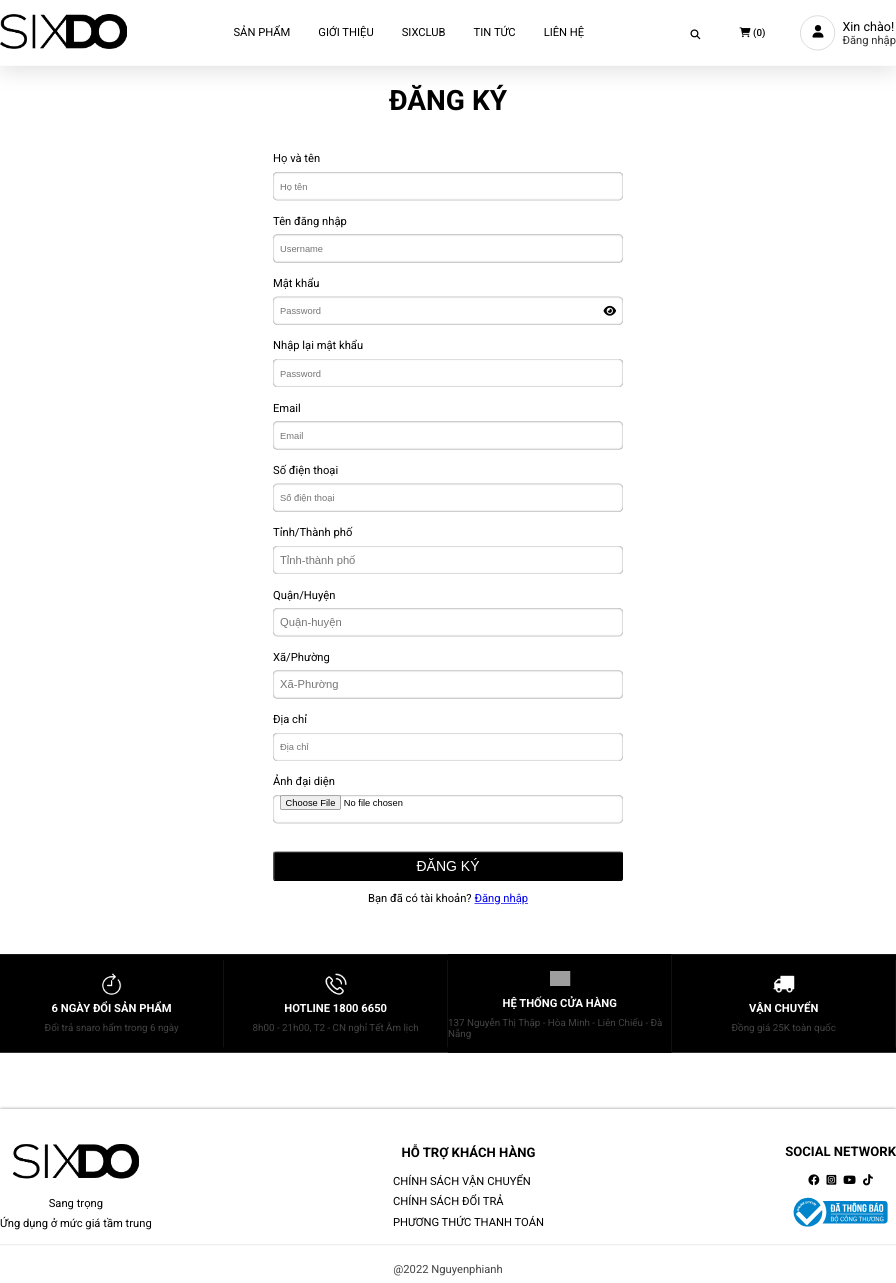
Repository: quandev99/webgiay
Page: http://localhost/site/account/register-xuly.php
The author's editor kept a copy of each file at every save. The page is drawn from the files as they stood at one save, then again after the next save.
The browser window is 1280 px wide. The pictures show the whole page, at 70% of full size.
Pictures or frames that could not be fetched are drawn as grey boxes. Some web libraries are served in a nearby version. The page is run by PHP 8.4 with error messages shown; the project is at /var/www/html/.

Above is the page before, as saved 2022-12-12 14:50:56.

### site/account/register-xuly.php
<?php

require '../../global.php';
require '../../dao/user.php';

extract($_REQUEST);
$VIEW_NAME = "account/register.php";

$ho_ten_error = $ma_kh_error = $mau_khau_error = $mau_khau2_error = $email_error = $sdt_error = $tinh_thanhpho_error = $quan_huyen_error = $xa_phuong_error = $dia_chi_error = $Image_error = "";
if (exist_param("btn_register")) {
    if (empty($_POST['ho_ten'])) {
        $ho_ten_error = "Không được để trống Họ tên";
    } else {
        $ho_ten = $_POST['ho_ten'];
    }
    if (empty($_POST['ma_kh'])) {
        $ma_kh_error = "Không được để trống Tên đăng nhập";
    } else {
        if (User_select_by_id($_POST['ma_kh'])) {
            $ma_kh_error = "Tên đăng nhập " . $ma_kh . " đã đăng kí";
        } else {
            $ma_kh = $_POST['ma_kh'];
        }
    }
    if (empty($_POST['mat_khau'])) {
        $mau_khau_error = "không được để trống Mật khẩu";
    } else {
        if ($_POST['mat_khau'] != $_POST['mat_khau2']) {
            $mau_khau_error = "Mật khẫu không trùng nhau";
            $mau_khau2_error = "Mật khẫu không trùng nhau";
        } else {
            $mat_khau = $_POST['mat_khau'];
        }
    }
    if (empty($_POST['mat_khau2'])) {
        $mau_khau2_error = "không được để trống Mật khẩu";
    } else {
        if ($_POST['mat_khau'] != $_POST['mat_khau2']) {
            $mau_khau_error = "Mật khẫu không trùng nhau";
            $mau_khau2_error = "Mật khẫu không trùng nhau";
        }
    }
    if (empty($_POST['email']) || !isset($_POST['email'])) {
        $email_error = "không được để trống email";
    } else {
        if (!filter_var($email, FILTER_VALIDATE_EMAIL)) {
            $email_error = "Không đúng cấu trúc Email";
        } else {
            $email = $_POST['email'];
        }
    }
    if (empty($_POST['sdt']) || !isset($_POST['sdt'])) {
        $sdt_error = "Không được để trống Số điện thoại";
    } else {
        if (!is_numeric($_POST['sdt'])) {
            $sdt_error = "Số điện thoại phải là số";
        } else {
            if (preg_match('/^[0-9]{10,11}+$/', $_POST['sdt'])) {
                $sdt = $_POST['sdt'];
            } else {
                $sdt_error = "Số điện thoại phải là 10-11 số";
            }
        }
    }
    if (empty($_POST['city']) || !isset($_POST['city'])) {
        $tinh_thanhpho_error = "Không được để trống";
    } else {

        $tinh_thanhpho = $_POST['city'];
    }
    if (empty($_POST['district']) || !isset($_POST['district'])) {
        $quan_huyen_error = "Không được để trống";
    } else {

        $quan_huyen = $_POST['district'];
    }
    if (empty($_POST['ward']) || !isset($_POST['ward'])) {
        $xa_phuong_error = "Không được để trống";
    } else {

        $xa_phuong = $_POST['ward'];
    }
    if (empty($_POST['dia_chi']) || !isset($_POST['dia_chi'])) {
        $dia_chi_error = "Không được để trống";
    } else {

        $dia_chi = $_POST['dia_chi'];
    }
    if (!isset($_FILES['Image']) || $_FILES['Image'] === "") {
        $Image_error = "Ảnh không được để trống";
    }

    if (
        empty($ho_ten_error) && empty($ma_kh_error) && empty($mau_khau_error) && empty($mau_khau2_error) && empty($email_error)
        && empty($sdt_error) && empty($tinh_thanhpho_error) && empty($quan_huyen_error) && empty($xa_phuong_error)
        && empty($dia_chi_error) && empty($Image_error)
    ) {
        $file_name = save_file("Image", "$UPLOAD_URL/users/");
        $Image = $file_name ? $file_name : "";
        try {
            User_insert($ma_kh, $vaitro, $ho_ten, $kich_hoat, $mat_khau, $sdt, $email, $Image, $dia_chi, $tinh_thanhpho, $quan_huyen, $xa_phuong);
            echo "<script>alert('Đăng ký thành viên thành công');</script>";
            $VIEW_NAME = "dangnhap-ui.php";
        } catch (Exception $exc) {
            echo "<script>alert('Đăng ký thành viên thất bại :((');</script>";
        }
    } else {
        global $ma_kh, $vaitro, $ho_ten, $kich_hoat, $mat_khau, $email, $Image, $mat_khau2;
        echo "<script>alert('Đăng ký thành viên thất bại :(( ');</script>";
        $VIEW_NAME = "register.php";
    }
} else {
    global $ma_kh, $vaitro, $ho_ten, $kich_hoat, $mat_khau, $email, $Image, $mat_khau2;
    $VIEW_NAME = "account/register.php";
}
extract($_REQUEST);

require '../layout.php';

### global.php
<?php
session_start();
/*
* Định nghĩa các url cần thiết được sử dụng trong website
*/
$ROOT_URL = "/project1";
$CONTENT_URL = "$ROOT_URL/content";
$ADMIN_URL = "$ROOT_URL/admin";
$SITE_URL = "$ROOT_URL/site";
/*
* Định nghĩa đường dẫn chứa ảnh sử dụng trong upload
*/
$UPLOAD_URL = "../../upload";
/*
* 2 biến toàn cục cần thiết để chia sẻ giữa controller và view
*/
$VIEW_NAME = "index.php";
$MESSAGE = "";

/**
 * Kiểm tra sự tồn tại của một tham số trong request
 * @param string $fieldname là tên tham số cần kiểm tra
 * @return boolean true tồn tại
 */
function exist_param($fieldname)
{
    return array_key_exists($fieldname, $_REQUEST);
}
/**
 * Lưu file upload vào thư mục
 * @param string $fieldname là tên trường file
 * @param string $target_dir thư mục lưu file
 * @return tên file upload
 */
function save_file($fieldname, $target_dir)
{
    $file_uploaded = $_FILES[$fieldname];
    $file_name = basename($file_uploaded['name']);
    $target_path = $target_dir . $file_name;
    move_uploaded_file($file_uploaded['tmp_name'], $target_path);
    return $file_name;
}

/**
 * Tạo cookie
 * @param string $name là tên cookie
 * @param string $value là giá trị cookie
 * @param int $day là số ngày tồn tại cookie
 */
function add_cookie($name, $value, $day)
{
    setcookie($name, $value, time() + (86400 * $day), "/");
}
/**
 * Xóa cookie
 * @param string $name là tên cookie
 */
function delete_cookie($name)
{
    add_cookie(
        $name,
        "",
        -1
    );
}
/**
 * Đọc giá trị cookie
 * @param string $name là tên cookie
 * @return string giá trị của cookie
 */
function get_cookie($name)
{
    return $_COOKIE[$name] ?? '';
}
/**
 * Kiểm tra đăng nhập và vai trò sử dụng.
 * Các php trong admin hoặc php yêu cầu phải được đăng nhập mới được
 * phép sử dụng thì cần thiết phải gọi hàm này trước
 **/
function check_login()
{
    global $SITE_URL;
    if (isset($_SESSION['user'])) {
        if ($_SESSION['user']['vaitro'] == 1) {
            return;
        }
        if (strpos($_SERVER["REQUEST_URI"], '/admin/') == FALSE) {
            return;
        }
    }
    $_SESSION['request_uri'] = $_SERVER["REQUEST_URI"];
    header("location: $SITE_URL/account/dangnhap.php");
}

### DAO/user.php
<?php
require_once 'pdo.php';
function User_insert($ma_kh, $vaitro, $ho_ten, $kich_hoat, $mat_khau, $sdt, $email, $Image, $dia_chi, $tinh_thanhpho, $quan_huyen, $xa_phuong)
{
    $sql = "INSERT INTO User(ma_kh,vaitro,ho_ten,kich_hoat,mat_khau,sdt,email,Image,dia_chi,tinh_thanhpho,quan_huyen,xa_phuong) VALUES(?,?,?,?,?,?,?,?,?,?,?,?)";
    pdo_execute($sql, $ma_kh, $vaitro, $ho_ten, $kich_hoat, $mat_khau, $sdt, $email, $Image, $dia_chi, $tinh_thanhpho, $quan_huyen, $xa_phuong);
}
function User_update($vaitro, $ho_ten, $kich_hoat, $mat_khau, $sdt, $email, $Image, $dia_chi, $tinh_thanhpho, $quan_huyen, $xa_phuong, $ma_kh)
{
    $sql = "UPDATE User SET vaitro=? , ho_ten=?, kich_hoat=?, mat_khau=?, sdt=?, email=?, Image=?, dia_chi=?, tinh_thanhpho=?, quan_huyen=?,xa_phuong=?    WHERE ma_kh=?";
    pdo_execute($sql, $vaitro, $ho_ten, $kich_hoat, $mat_khau, $sdt, $email, $Image, $dia_chi, $tinh_thanhpho, $quan_huyen, $xa_phuong, $ma_kh);
}
function user_delete($ma_kh)
{
    $sql = "DELETE FROM user WHERE ma_kh=?";
    if (is_array($ma_kh)) {
        foreach ($ma_kh as $ma) {
            pdo_execute($sql, $ma);
        }
    } else {
        pdo_execute($sql, $ma_kh);
    }
}
function User_select_all()
{
    $sql = "SELECT * FROM user";
    return pdo_query($sql);
}
function User_select_by_id($ma_kh)
{
    $sql = "SELECT * FROM user WHERE ma_kh=?";
    return pdo_query_one($sql, $ma_kh);
}
function User_exist($ma_kh)
{
    $sql = "SELECT count(*) FROM user WHERE ma_kh=?";
    return pdo_query_value($sql, $ma_kh) > 0;
}

function User_exist_email($email)
{
    $sql = "SELECT count(*) FROM user WHERE email=?";
    return pdo_query_value($sql, $email) > 0;
}

function User_change_password($ma_kh, $mat_khau_moi)
{

    $sql = "UPDATE User SET mat_khau=? WHERE ma_kh=?";
    pdo_execute($sql, $mat_khau_moi, $ma_kh);
}
function name_user_select_by_id($ma_kh)
{
    $sql = "SELECT ho_ten FROM user WHERE ma_kh=?";
    return pdo_query_one($sql, $ma_kh);
}
function user_select_page($order, $limit)
{
    if (!isset($_REQUEST['page'])) {
        $_SESSION['page'] = 1;
    }
    if (!isset($_SESSION['total_page'])) {
        $_SESSION['total_page'] = 1;
    }
    $_SESSION['total_pro'] = pdo_query_value("SELECT count(*) FROM user");
    if (exist_param("page")) {
        $_SESSION['page'] = $_REQUEST['page'];
    }
    $begin = ($_SESSION['page'] - 1) * $limit;
    $_SESSION['total_page'] = ceil($_SESSION['total_pro'] / $limit);
    $sql = "SELECT * FROM user ORDER BY $order DESC LIMIT $begin,$limit";
    return pdo_query($sql);
}

### DAO/pdo.php
<?php

function pdo_get_connection()
{
    $dburl = "mysql:host=localhost;dbname=duan_1;charset=utf8";
    $username = 'root';
    $password = '';

    $conn = new PDO($dburl, $username, $password);
    $conn->setAttribute(PDO::ATTR_ERRMODE, PDO::ERRMODE_EXCEPTION);
    return $conn;
}

/// Thêm sửa xóa
// $sql-> là tham số kết nối
// sql,....,id
// "INSERT into loai(ten_loai) values(?)","Quan jean"
// "Update loai set ten_loai=? where ma_loai=?","Quan jean","1"
//
function pdo_execute($sql)
{
    $sql_args = array_slice(func_get_args(), 1);
    try {
        $conn = pdo_get_connection();
        $stmt = $conn->prepare($sql);
        $stmt->execute($sql_args);
    } catch (PDOException $e) {
        throw $e;
    } finally {
        unset($conn);
    }
}
// ===================Truy vấn nhiều dữ liệu=======================//
function pdo_query($sql)
{
    $sql_args = array_slice(func_get_args(), 1);
    try {
        $conn = pdo_get_connection();
        $stmt = $conn->prepare($sql);
        $stmt->execute($sql_args);
        $rows = $stmt->fetchAll();
        return $rows;
    } catch (PDOException $e) {
        throw $e;
    } finally {
        unset($conn);
    }
}
// ===================Truy vấn một dữ liệu=======================//

function pdo_query_one($sql)
{
    $sql_args = array_slice(func_get_args(), 1);
    try {
        $conn = pdo_get_connection();
        $stmt = $conn->prepare($sql);
        $stmt->execute($sql_args);
        $row = $stmt->fetch(PDO::FETCH_ASSOC);
        return $row;
    } catch (PDOException $e) {
        throw $e;
    } finally {
        unset($conn);
    }
}

function pdo_query_value($sql)
{
    $sql_args = array_slice(func_get_args(), 1);
    try {
        $conn = pdo_get_connection();
        $stmt = $conn->prepare($sql);
        $stmt->execute($sql_args);
        $row = $stmt->fetch(PDO::FETCH_ASSOC);
        return array_values($row)[0];
    } catch (PDOException $e) {
        throw $e;
    } finally {
        unset($conn);
    }
}

### site/layout.php
<!DOCTYPE html>
<html lang="en">

<head>
    <meta charset="UTF-8" />
    <meta http-equiv="X-UA-Compatible" content="IE=edge" />
    <meta name="viewport" content="width=device-width, initial-scale=1.0" />
    <link rel="stylesheet" href="https://cdnjs.cloudflare.com/ajax/libs/font-awesome/6.2.0/css/all.min.css"
        integrity="sha512-xh6O/CkQoPOWDdYTDqeRdPCVd1SpvCA9XXcUnZS2FmJNp1coAFzvtCN9BmamE+4aHK8yyUHUSCcJHgXloTyT2A=="
        crossorigin="anonymous" referrerpolicy="no-referrer" />
    <link rel="preconnect" href="https://fonts.googleapis.com" />
    <link rel="preconnect" href="https://fonts.gstatic.com" crossorigin />
    <link href="https://fonts.googleapis.com/css2?family=Roboto:wght@300;400;500;700&display=swap" rel="stylesheet" />
    <link rel="stylesheet" href="https://cdn.jsdelivr.net/npm/swiper/swiper-bundle.min.css" />
    <link rel="stylesheet" href="../../content/styles/style.css" />
    <link rel="stylesheet" href="../../content/styles/responsive.css" />


    <title>Document</title>
</head>

<body>
    <div class="progress"></div>
    <div class="wrapper">
        <?php require "../../site/layout/header.php" ?>

        <div id="main">
            <!-- Swiper -->
            <?php require $VIEW_NAME ?>
        </div>
        <?php require "../../site/layout/service.php" ?>
        <?php require "../../site/layout//footer.php"  ?>
    </div>
    <!-- Swiper JS -->
    <script src="https://cdn.jsdelivr.net/npm/swiper/swiper-bundle.min.js"></script>
    <script src="https://cdnjs.cloudflare.com/ajax/libs/axios/0.21.1/axios.min.js"></script>
    <script src='https://cdnjs.cloudflare.com/ajax/libs/jquery/3.4.1/jquery.min.js'> </script>
    <script src='https://cdn.jsdelivr.net/gh/vietblogdao/js/districts.min.js'></script>
    <!-- Initialize Swiper -->
    <script>
    var swiper = new Swiper(".mySwiper", {
        slidesPerView: 1,
        spaceBetween: 30,
        loop: true,
        autoplay: true,
        pagination: {
            el: ".swiper-pagination",
            clickable: true,
        },
        navigation: {
            nextEl: ".swiper-button-next",
            prevEl: ".swiper-button-prev",
        },
    });
    </script>
    <script src="../../content/js/app.js"></script>
</body>

</html>

### site/account/register.php
<div class="container-content">
    <h1 class="heading">ĐĂNG KÝ</h1>
    <div id="register" class="tabcontent">
        <form action="<?= $SITE_URL ?>/account/register-xuly.php" method="POST" enctype="multipart/form-data" id="form">
            <div class="form-group">
                <p>Họ và tên</p>
                <input type="text" name="ho_ten" placeholder="Họ tên">
                <span class="message"><?= $ho_ten_error ?></span>
                <p>Tên đăng nhập</p>
                <input type="text" name="ma_kh" placeholder="Username" />
                <span class="message"><?= $ma_kh_error ?></span>
                <p>Mật khẩu</p>
                <div class="box-password">
                    <input type="password" name="mat_khau" placeholder="Password" class="password" />
                    <i class="fa fa-eye eye"></i>
                </div>
                <span class="message"><?= $mau_khau_error ?></span>
                <p>Nhập lại mật khẩu</p>
                <input type="password" name="mat_khau2" placeholder="Password" class="password" />
                <span class="message"><?= $mau_khau2_error ?></span>
                <p>Email</p>
                <input type="text" name="email" placeholder="Email" require />
                <span class="message"><?= $email_error ?></span>
                <p>Số điện thoại</p>
                <input type="text" name="sdt" placeholder="Số điện thoại" />
                <span class="message"><?= $sdt_error ?></span>
                <p>Tỉnh/Thành phố</p>

                <input type="text" class="form-control" name="city" id="city" placeholder="Tỉnh-thành phố">
                <span class="message"><?= $tinh_thanhpho_error ?></span>

                <p>Quận/Huyện</p>

                <input type="text" class="form-control" name="district" id="district" placeholder="Quận-huyện">
                <span class="message"><?= $quan_huyen_error ?></span>
                <p>Xã/Phường</p>

                <input type="text" class="form-control" name="ward" id="ward" placeholder="Xã-Phường">
                <span class="message"><?= $xa_phuong_error ?></span>

                <p>Địa chỉ</p>
                <input type="text" name="dia_chi" placeholder="Địa chỉ" require />
                <span class="message"><?= $dia_chi_error ?></span>
                <p>Ảnh đại diện</p>
                <input type="file" name="Image" placeholder="Ảnh đại diện">
                <span class="message"><?= $Image_error ?></span>
                <input type="hidden" name="kich_hoat" value="1">
                <input type="hidden" name="vaitro" value="0">
                <span class="message"><?= $MESSAGE ?></span>
            </div>
            <div class="form-submit">
                <button class="submit" name="btn_register">ĐĂNG KÝ</button>
                <span>Bạn đã có tài khoản? <a href="<?= $SITE_URL ?>/account/dangnhap.php">Đăng nhập</a></span>
            </div>
        </form>
    </div>
</div>

### site/layout/service.php
<div class="service">
    <div class="service-list">
        <div class="service-item">
            <img src="../../content/images/limited-time2x-1624335793.png" alt="" />
            <h4 class="service-title">6 NGÀY ĐỔI SẢN PHẨM</h4>
            <span class="service-text">Đổi trả snaro hẩm trong 6 ngày</span>
        </div>
        <div class="service-item">
            <img src="../../content/images/group-242x-1624335840.png" alt="" />
            <h4 class="service-title">HOTLINE 1800 6650</h4>
            <span class="service-text">8h00 - 21h00, T2 - CN nghỉ Tết Âm lịch</span>
        </div>
        <div class="service-item">
            <img src="../../content/images/group-262x-1624335863.png" alt="" />
            <h4 class="service-title">HỆ THỐNG CỬA HÀNG</h4>
            <span class="service-text">137 Nguyễn Thị Thập - Hòa Minh - Liên Chiểu - Đà Nẵng</span>
        </div>
        <div class="service-item">
            <img src="../../content/images/path-833-1623718758-1624336147.png" alt="" />
            <h4 class="service-title">VẬN CHUYỂN</h4>
            <span class="service-text">Đồng giá 25K toàn quốc</span>
        </div>
    </div>
</div>
<div class="service-mb">
    <div class="swiper mySwiper">
        <div class="swiper-wrapper">
            <div class="swiper-slide">
                <div class="service-item">
                    <img src="../../content/images/limited-time2x-1624335793.png" alt="" />
                    <h4 class="service-title">6 NGÀY ĐỔI SẢN PHẨM</h4>
                    <span class="service-text">Đổi trả snaro hẩm trong 6 ngày</span>
                </div>
            </div>
            <div class="swiper-slide">
                <div class="service-item">
                    <img src="../../content/images/group-242x-1624335840.png" alt="" />
                    <h4 class="service-title">HOTLINE 1800 6650</h4>
                    <span class="service-text">8h00 - 21h00, T2 - CN nghỉ Tết Âm lịch</span>
                </div>
            </div>
            <div class="swiper-slide">
                <div class="service-item">
                    <img src="../../content/images/group-262x-1624335863.png" alt="" />
                    <h4 class="service-title">HỆ THỐNG CỬA HÀNG</h4>
                    <span class="service-text">137 Nguyễn Thị Thập - Hòa Minh - Liên Chiểu - Đà Nẵng</span>
                </div>
            </div>
            <div class="swiper-slide">
                <div class="service-item">
                    <img src="../../content/images/path-833-1623718758-1624336147.png" alt="" />
                    <h4 class="service-title">VẬN CHUYỂN</h4>
                    <span class="service-text">Đồng giá 25K toàn quốc</span>
                </div>
            </div>
        </div>
        <div class="swiper-button-next bg-btn"></div>
        <div class="swiper-button-prev bg-btn"></div>
        <div class="swiper-pagination bg-btn"></div>
    </div>
</div>

### site/layout/footer.php
<div id="footer">
    <div class="container">
        <div class="footer-list">
            <div class="footer-column">
                <h3 class="title"><img src="../../content/images/logo.svg" alt="" /></h3>
                <p class="footer-text">Sang trọng</p>
                <p class="footer-text">Ứng dụng ở mức giá tầm trung</p>
            </div>
            <div class="footer-column">
                <h3 class="title">HỖ TRỢ KHÁCH HÀNG</h3>
                <ul class="footer-list-hotro">
                    <li><a href="#">CHÍNH SÁCH VẬN CHUYỂN</a></li>
                    <li><a href="#">CHÍNH SÁCH ĐỔI TRẢ</a></li>
                    <li><a href="#">PHƯƠNG THỨC THANH TOÁN</a></li>
                </ul>
            </div>
            <div class="footer-column">
                <h3 class="title">SOCIAL NETWORK</h3>
                <ul class="social-list">
                    <li>
                        <a href="#"><i class="fa-brands fa-facebook"></i></a>
                    </li>
                    <li>
                        <a href="#"><i class="fa-brands fa-square-instagram"></i></a>
                    </li>
                    <li>
                        <a href="#"><i class="fa-brands fa-youtube"></i></a>
                    </li>
                    <li>
                        <a href="#"><i class="fa-brands fa-tiktok"></i></a>
                    </li>
                </ul>
                <img src="../../content/images/Thongbaobocongthuong.svg" alt="" />
            </div>
        </div>
        <div class="copyright"><span>@2022 Nguyenphianh</span></div>
    </div>
</div>

Loaded but not shown: content/images/Thongbaobocongthuong.svg (1 lines, source omitted); content/images/logo.svg (3 lines, source omitted); content/js/app.js (101 lines, source omitted); content/styles/style.css (1092 lines, source omitted); site/layout/header.php (179 lines, source omitted); content/styles/responsive.css (222 lines, source omitted)

After the next save:
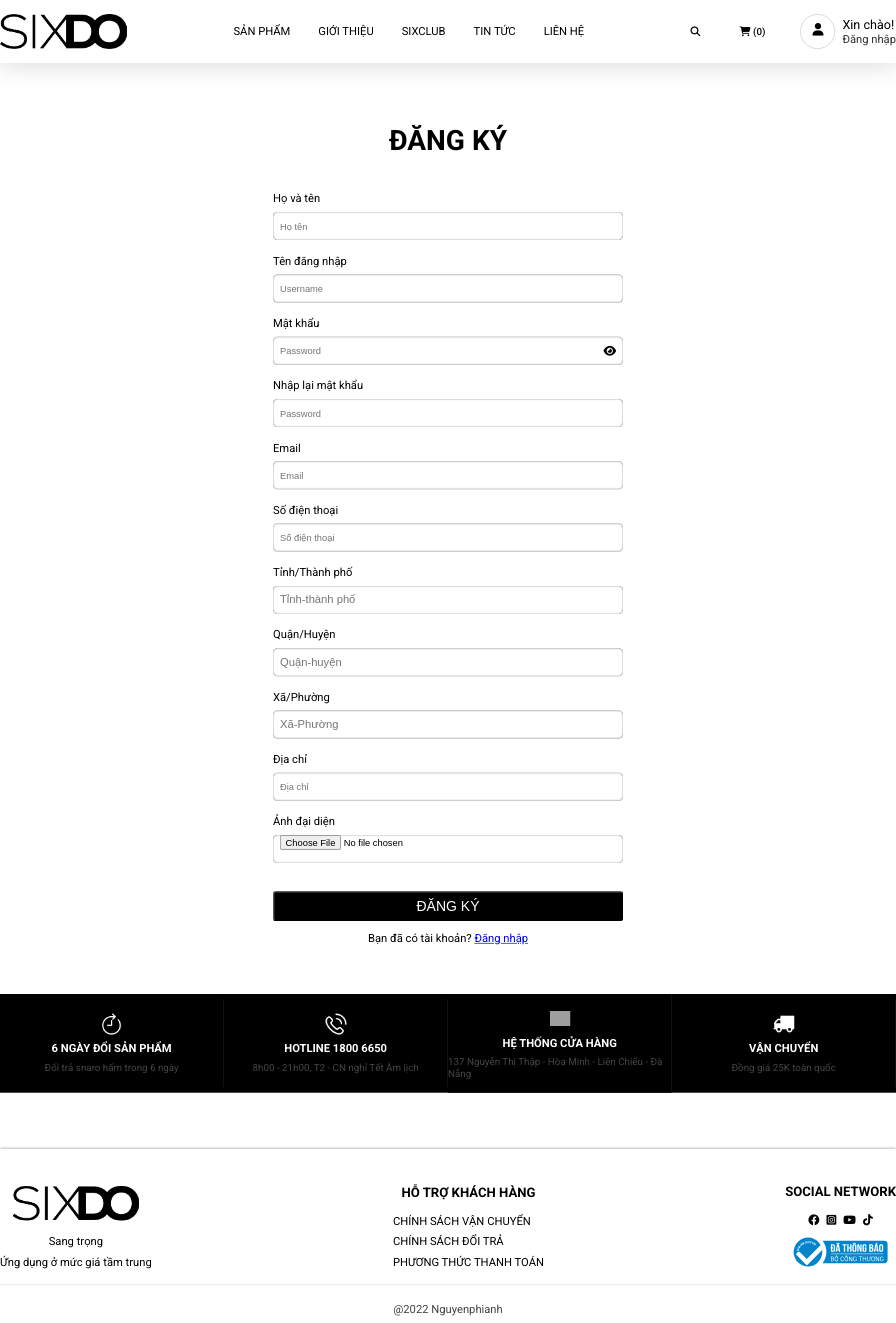
Saved 3 h 26 min later.
--- a/site/account/register-xuly.php
+++ b/site/account/register-xuly.php
@@ -5,6 +5,7 @@ require '../../dao/user.php';
 
 extract($_REQUEST);
 $VIEW_NAME = "account/register.php";
+echo $_REQUEST;
 
 $ho_ten_error = $ma_kh_error = $mau_khau_error = $mau_khau2_error = $email_error = $sdt_error = $tinh_thanhpho_error = $quan_huyen_error = $xa_phuong_error = $dia_chi_error = $Image_error = "";
 if (exist_param("btn_register")) {
